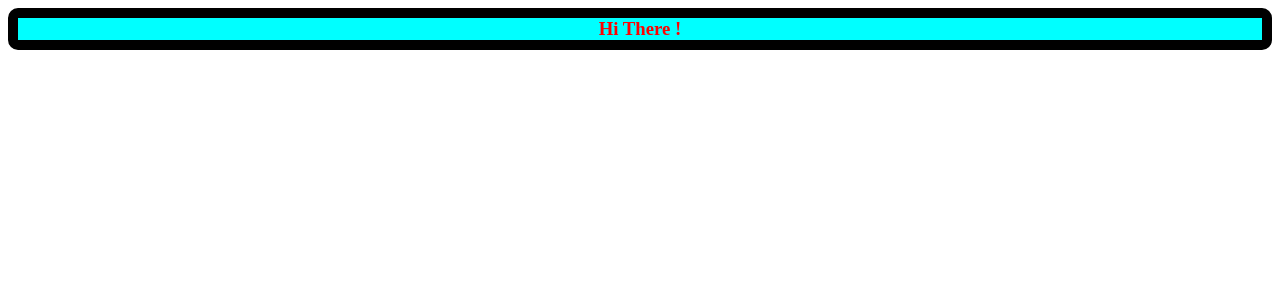
Repository: VISHALGUPTA100803/Harkirat_MERN
Page: zerodha_landing_page week0(html+css)/index2.html
An editor plug-in stored every save of this project. The page is shown before and after a run of saves, followed by the edit.
The browser window is 1280 px wide. The pictures show the whole page.

Above is the page before, as saved 2023-12-16 13:50:03.

### zerodha_landing_page week0(html+css)/index2.html
<center>
    <h3 style="color: red; background-color: aqua; border-radius: 10px;
    border: 10px solid black
    ;">
   Hi There !
    </h3>
 </center>

After the next 6 saves:
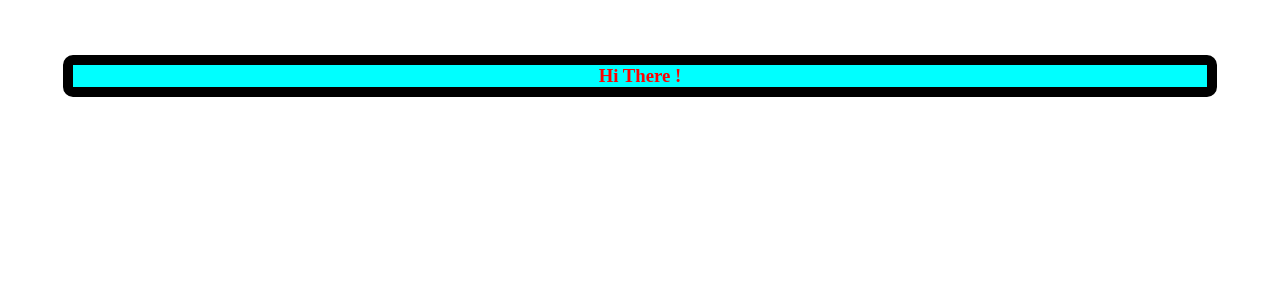
The 6 saves are shown as one change because they came seconds apart.
The last was saved 35 s later.
--- a/zerodha_landing_page week0(html+css)/index2.html
+++ b/zerodha_landing_page week0(html+css)/index2.html
@@ -1,6 +1,6 @@
 <center>
     <h3 style="color: red; background-color: aqua; border-radius: 10px;
-    border: 10px solid black
+    border: 10px solid black;margin: 55px
     ;">
    Hi There !
     </h3>
